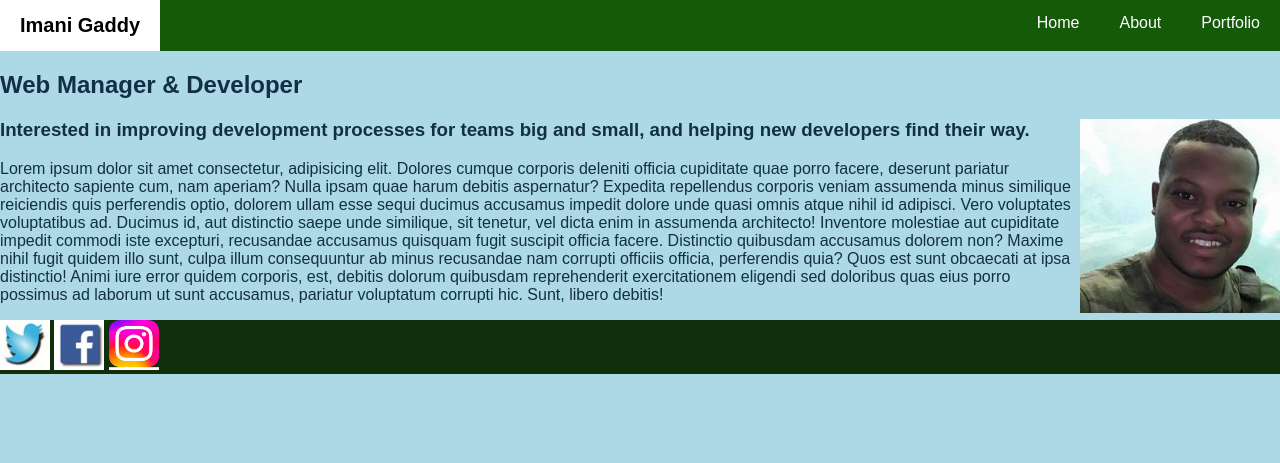
Repository: website-dev-team/website-repo
Page: personal_site/home.html
The author's editor kept a copy of each file at every save. The page is drawn from the files as they stood at one save, then again after the next save.
The browser window is 1280 px wide. The pictures show the whole page.

Above is the page before, as saved 2024-07-16 05:39:38.

After the next save:
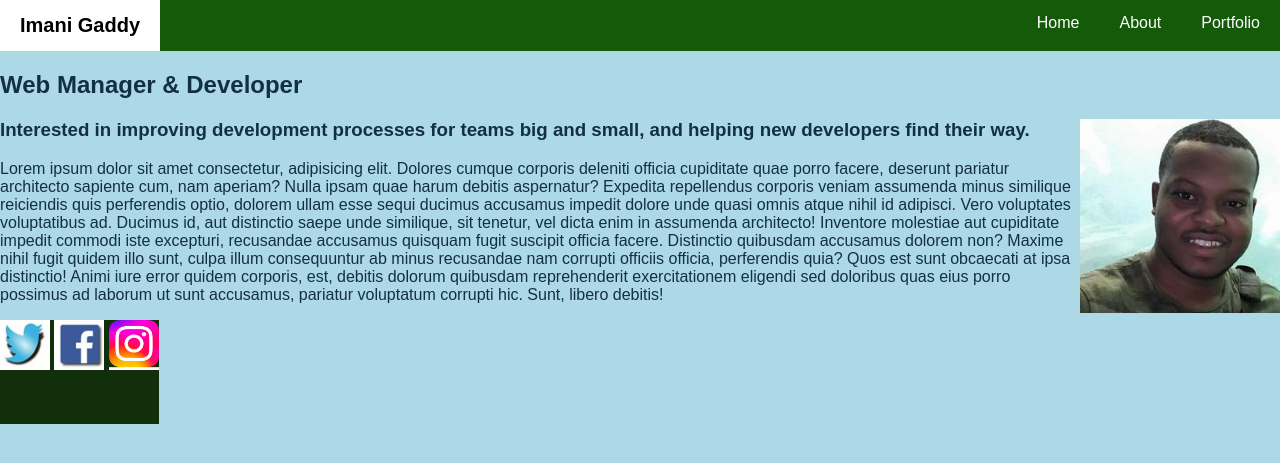
Saved 5 min 38 s later.
--- a/personal_site/style.css
+++ b/personal_site/style.css
@@ -41,8 +41,12 @@ body {
 .navbar2 {
     background-color: #102f0a;
     overflow: hidden;
-    margin: 0px;
-    flex: 1;
+    padding-bottom: 50px;
+
+}
+
+footer {
+    position: absolute;
 }
 
 .navbar2 a {
